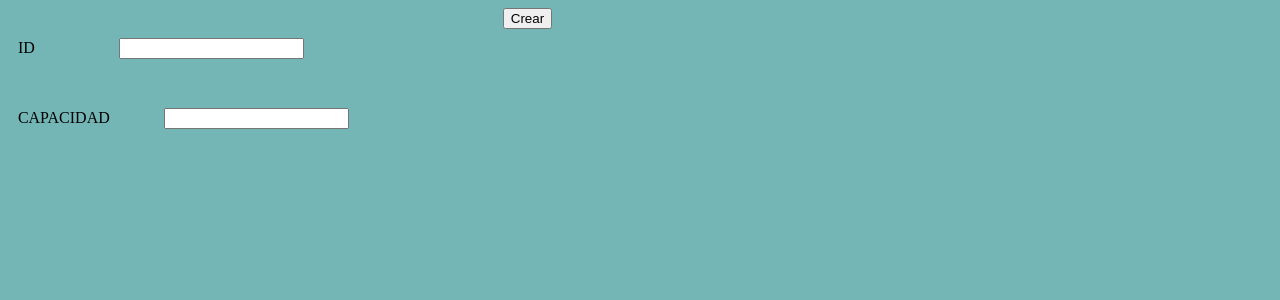
Repository: Robin-Rivadeneira/prueva_pablo
Page: index.html
The author's editor kept a copy of each file at every save. The page is drawn from the files as they stood at one save, then again after the next save.
The browser window is 1280 px wide. The pictures show the whole page.

Above is the page before, as saved 2020-01-16 20:30:36.

After the next save:
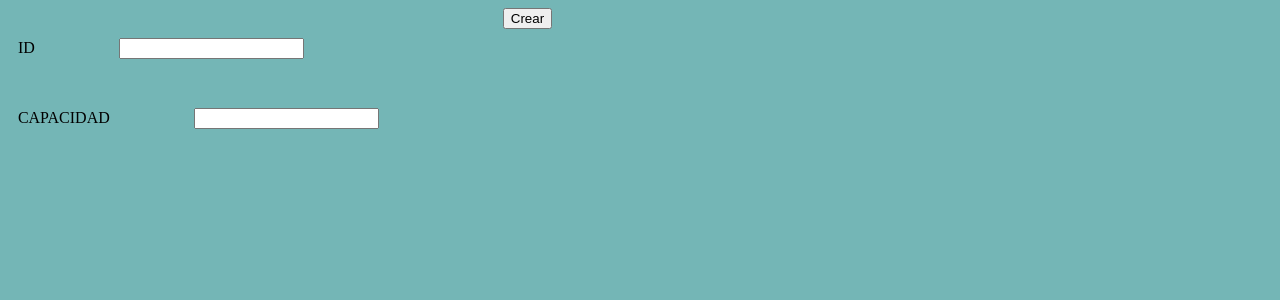
Saved 7 s later.
--- a/css/bomberos.css
+++ b/css/bomberos.css
@@ -20,5 +20,5 @@ body{
 #capacidad{
     position: relative;
     top: 100px;
-    right: 150px;
+    right: 120px;
 }
